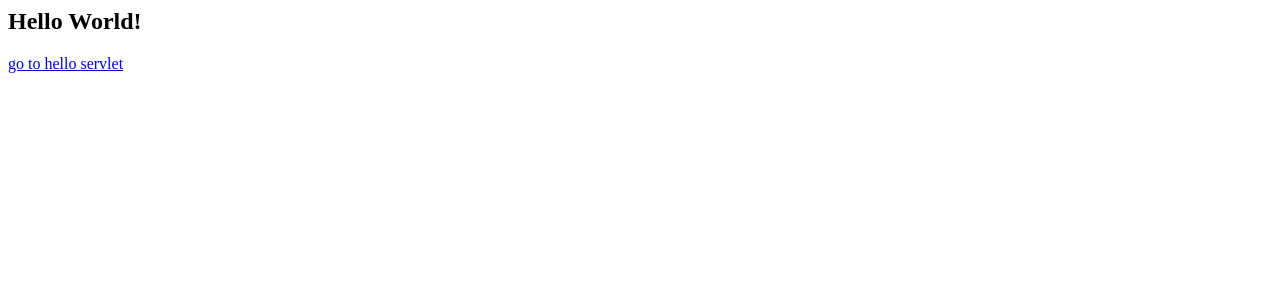
Repository: adit22747/java
Page: http://localhost/web-example/
An editor plug-in stored every save of this project. The page is shown before and after the next save, followed by the edit.
The browser window is 1280 px wide. The pictures show the whole page.
The page is served by Tomcat 9. Other server files are loaded and not shown.

Above is the page before, as saved 2021-02-01 06:20:15.

### advance_java/programs/web-example/src/main/webapp/index.jsp
<html>
<body>
<h2>Hello World!</h2>

<!-- it is a combination of html + java code => jsp -->
<!-- html code -->
<a href="Hello">go to hello servlet</a>

</body>
</html>

After the next save:
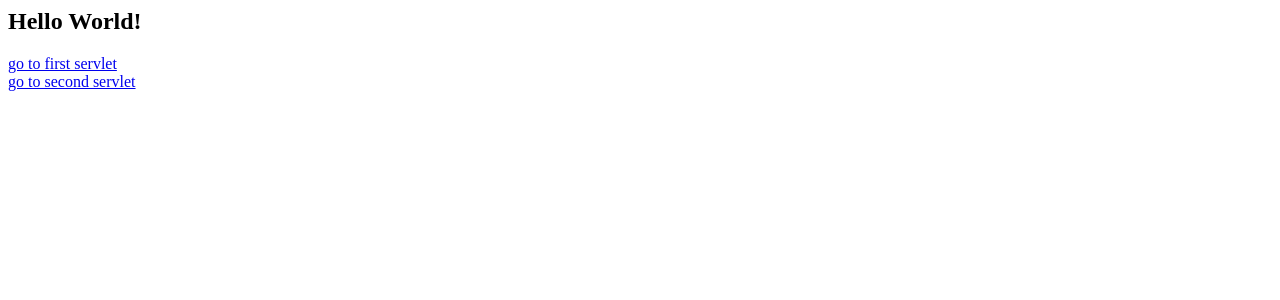
Saved 103 s later.
--- a/advance_java/programs/web-example/src/main/webapp/index.jsp
+++ b/advance_java/programs/web-example/src/main/webapp/index.jsp
@@ -4,7 +4,9 @@
 
 <!-- it is a combination of html + java code => jsp -->
 <!-- html code -->
-<a href="Hello">go to hello servlet</a>
+<a href="First">go to first servlet</a>
+<br>
+<a href="Second">go to second servlet</a>
 
 </body>
 </html>
